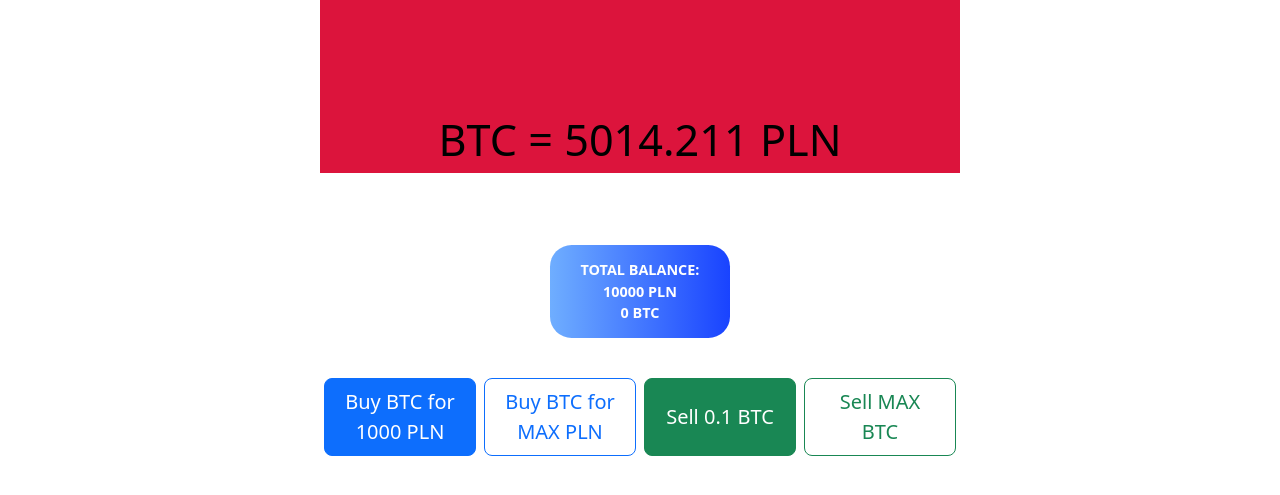
Repository: michalgornicki/bitcoin-virtual
Page: /
An editor plug-in stored every save of this project. The page is shown before and after the next save, followed by the edit.
The browser window is 1280 px wide. The pictures show the whole page.
The project was rebuilt for these pictures with package versions that can differ from the ones it lists, and the page was loaded fresh each time.

Above is the page before, as saved 2021-12-05 22:53:54.

### src/App.jsx
import React, { useState, useEffect } from "react";
import "./App.css";
import Button from "react-bootstrap/Button";
import "bootstrap/dist/css/bootstrap.min.css";

function App() {
  const [bitcoinPrice, setBitcoinPrice] = useState(5000);
  const [accountPLN, setAccountPLN] = useState(10000);
  const [accountBTC, setAccountBTC] = useState(0);

  const bitcoin = () => {
    let randomNumber = parseFloat((Math.random() * 20 - 10).toFixed(3));
    setBitcoinPrice((bitcoinPrice) =>
      parseFloat((bitcoinPrice + randomNumber).toFixed(3))
    );
    console.log(bitcoinPrice);

    setTimeout(bitcoin, 1000);
  };

  const buyBitcoin = () => {
    if (accountPLN >= 1000) {
      setAccountPLN(accountPLN - 1000);
      setAccountBTC((accountBTC) =>
        parseFloat((accountBTC + 1000 / bitcoinPrice).toFixed(6))
      );
      console.log(accountBTC);
    } else {
      setAccountPLN(0);
      setAccountBTC((accountBTC) =>
        parseFloat((accountBTC + accountPLN / bitcoinPrice).toFixed(6))
      );
    }
  };

  const buyMAXBitcoin = () => {
      setAccountPLN(0);
      setAccountBTC((accountBTC) =>
        parseFloat((accountBTC + accountPLN/bitcoinPrice).toFixed(6))
      );
      console.log(accountBTC);
  };

  const sellBitcoin = () => {
    if (accountBTC >= 0.1) {
      setAccountPLN(parseFloat((accountPLN + bitcoinPrice / 10).toFixed(6)));
      setAccountBTC((accountBTC) => parseFloat((accountBTC - 0.1).toFixed(6)));
      console.log(accountBTC);
    } else {
      setAccountPLN(
        parseFloat((accountPLN + bitcoinPrice * accountBTC).toFixed(6))
      );
      setAccountBTC((accountBTC) => parseFloat((0).toFixed(6)));
    }
  };

  const sellMAXBitcoin = () => {
      setAccountPLN(parseFloat((accountPLN + bitcoinPrice*accountBTC).toFixed(6)));
      setAccountBTC(0);
      console.log(accountBTC);
  };

  useEffect(() => {
    bitcoin();
  }, []);

  return (
    <div className="wrapper">
      <div className="price">BTC = {bitcoinPrice} PLN</div>
      <div className="account-container">
        <div className="account">TOTAL BALANCE:</div>
        <div className="account">{accountPLN} PLN</div>
        <div className="account">{accountBTC} BTC</div>
      </div>

      <div className="button-container w-50 m-auto">
        <Button variant="primary m-1 btn-lg w-50" onClick={buyBitcoin}>
          Buy BTC for 1000 PLN
        </Button>
        <Button variant="outline-primary m-1 btn-lg w-50" onClick={buyMAXBitcoin}>
          Buy BTC for MAX PLN
        </Button>
        <Button variant="success m-1 btn-lg w-50" onClick={sellBitcoin}>
          Sell 0.1 BTC
        </Button>
        <Button variant="outline-success m-1 btn-lg w-50" onClick={sellMAXBitcoin}>
          Sell MAX BTC
        </Button>
      </div>
    </div>
  );
}

export default App;

### src/App.css

body{
    font-family:'Segoe UI', Tahoma, Geneva, Verdana, sans-serif;
    user-select: none;
}

.wrapper{
    height: 100vh;
    display: block;
    margin: auto;
}

.price{
    font-size: 6vmin;
    display: block;
    margin: auto;
    padding-top: 15vmin;
    text-align: center;
    width: 50%;
    color: rgb(0, 0, 0);
    background-color: crimson;
}

.account-container{
    display: block;
    margin: auto;
    margin-top: 10vmin;
    margin-bottom: 5vmin;
    background: linear-gradient(to left, rgb(25, 67, 255), rgb(111, 174, 255));
    color: white;
    padding: 2vmin;
    border-radius: 3vmin;
    width: 14%;
}

.account{
    font-size: 2vmin;
    font-weight: 600;
    display: block;
    margin: auto;
    text-align: center;
}

.button-container{
    display: flex;
    justify-content: center;
}

.button{
    height: 10vmin;
    width: 10vmin;
    background-color: green;
    color: white;
    text-align: center;
    display: block;
    margin: 2vmin;
    margin-top: 10vmin;
    cursor: pointer;
}

Loaded but not shown: public/index.html (common file); src/index.js (common file); src/index.css (common file); src/reportWebVitals.js (common file)

After the next save:
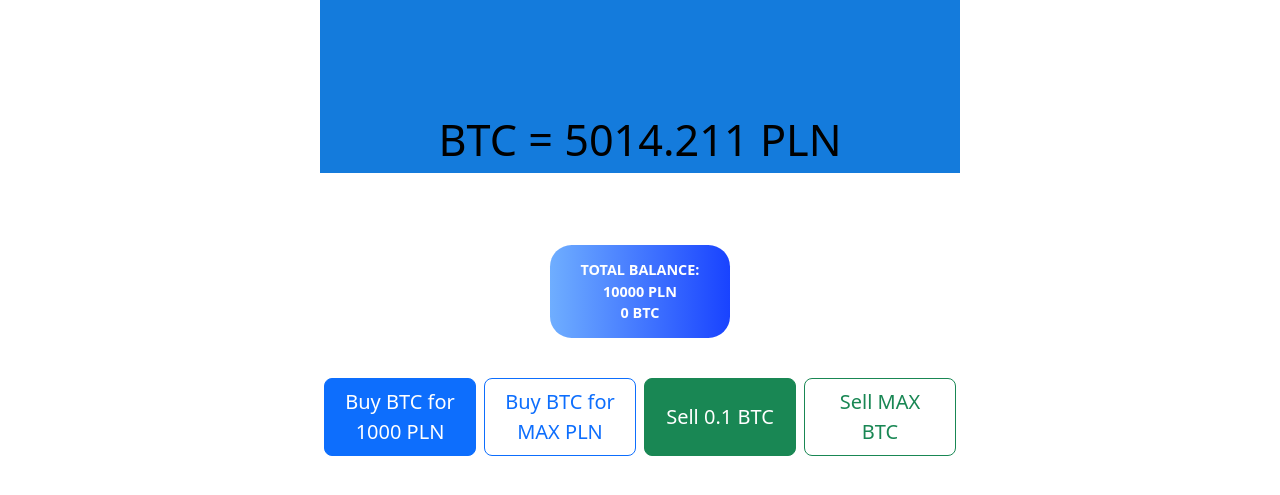
Saved 4 s later.
--- a/src/App.css
+++ b/src/App.css
@@ -18,7 +18,7 @@ body{
     text-align: center;
     width: 50%;
     color: rgb(0, 0, 0);
-    background-color: crimson;
+    background-color: rgb(20, 123, 220);
 }
 
 .account-container{
